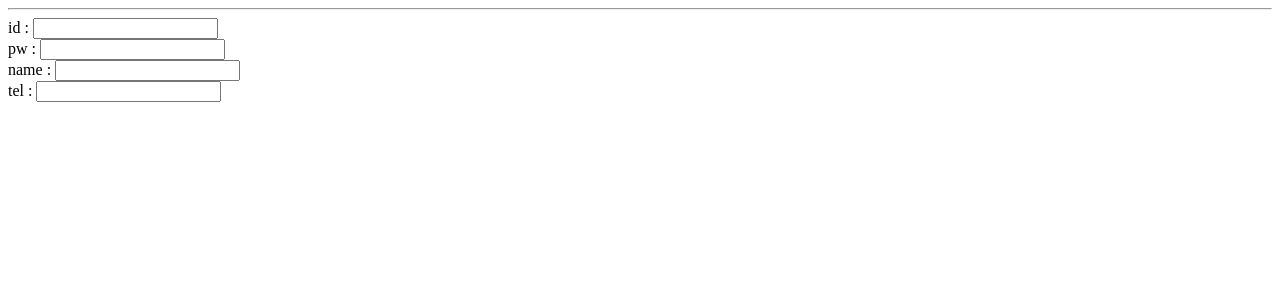
Repository: sds2317884/Spring
Page: http://localhost/spring02/member.jsp
The author's editor kept a copy of each file at every save. The page is drawn from the files as they stood at one save, then again after the next save.
The browser window is 1280 px wide. The pictures show the whole page.
The page is served by Tomcat 9. Other server files are loaded and not shown.

Above is the page before, as saved 2022-11-23 01:41:44.

### spring02/src/main/webapp/member.jsp
<%@ page language="java" contentType="text/html; charset=UTF-8"
    pageEncoding="UTF-8"%>

<!DOCTYPE html>
<html>
<head>
<meta charset="UTF-8">
<title>Insert title here</title>
</head>
<body>
<hr>
<form action="insert.multi">
	id : <input name="id"> <br>
	pw : <input name="pw"> <br>
	name : <input name="name"> <br>
	tel : <input name="tel"> <br>
</form>
</body>
</html>

After the next save:
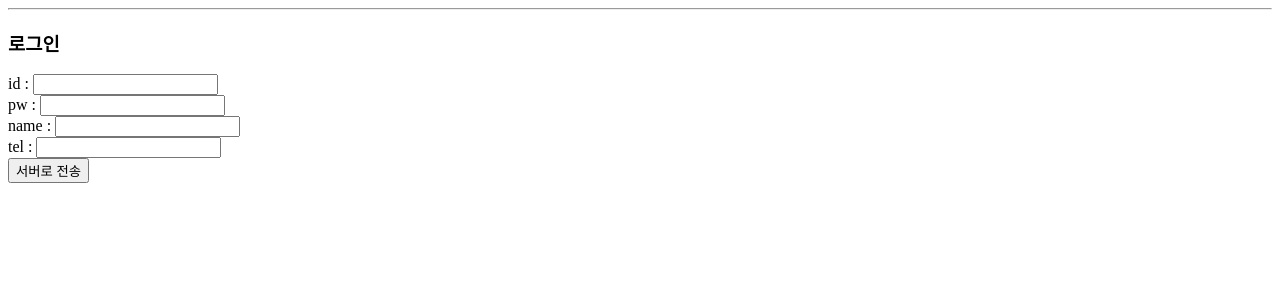
Saved 113 s later.
--- a/spring02/src/main/webapp/member.jsp
+++ b/spring02/src/main/webapp/member.jsp
@@ -9,11 +9,13 @@
 </head>
 <body>
 <hr>
+<h3>로그인</h3>
 <form action="insert.multi">
 	id : <input name="id"> <br>
 	pw : <input name="pw"> <br>
 	name : <input name="name"> <br>
 	tel : <input name="tel"> <br>
+	<button>서버로 전송</button>
 </form>
 </body>
 </html>
